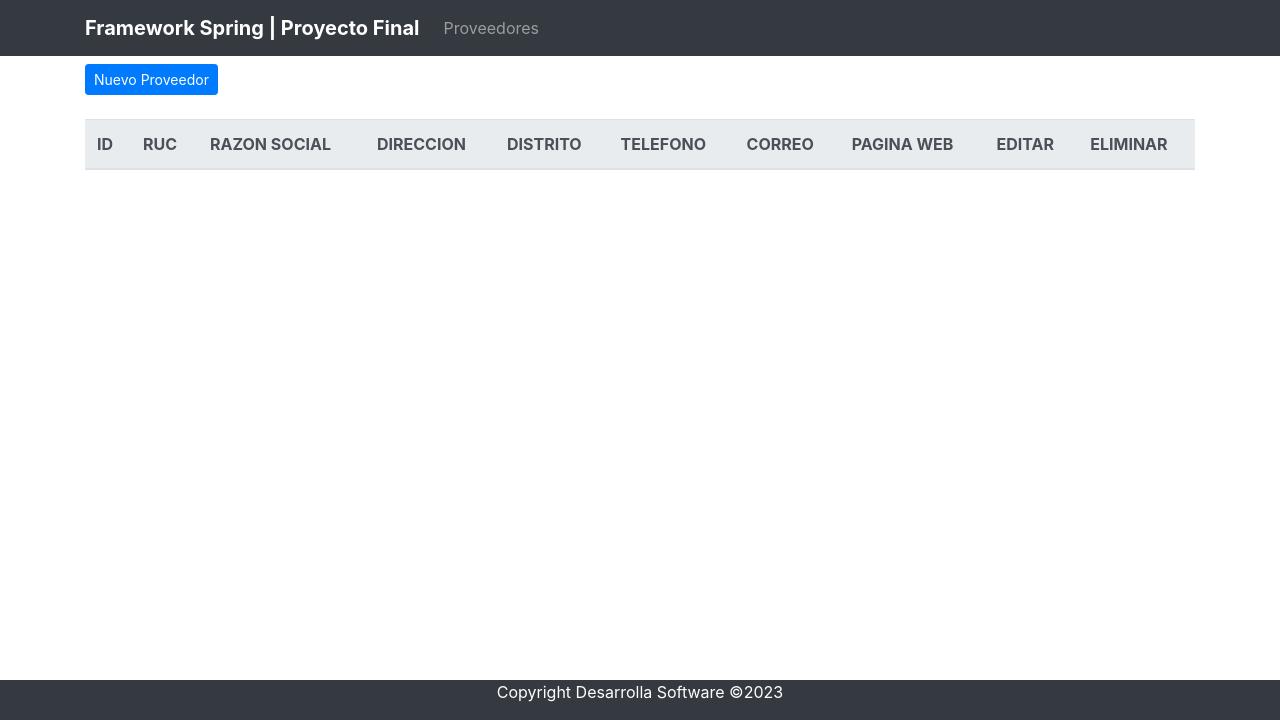
Repository: jeanyantas/proyecto-final-spring
Page: http://localhost/listado
These files come from the project's save history. The page is drawn as it stood at one moment and after the next save; the edit follows.
The browser window is 1280 px wide. The pictures show the whole page.
The page is this project's Thymeleaf template; nobody is signed in. The template is opened directly, without the code that normally fills it, so the values that code supplies are empty.

Above is the page before, as saved 2023-01-15 19:12:04.

### moduloProveedor/src/main/resources/templates/listado.html
<!DOCTYPE html>
<html xmlns:th="http://www.thymeleaf.org">
	<head th:replace="plantilla/plantilla :: head"></head>
	<body>
		<header th:replace="plantilla/plantilla :: header"></header>
		<div class="container">
			<h1 th:text="${titulo}"></h1>
			<a class="btn btn-primary btn-sm" th:href="@{/crear}" th:text="'Nuevo Proveedor'"></a>
			<br>
			<br>
			<table class="table">
				<thead class="thead-light">
					<tr>
					<th scope="col">ID</th>
					<th scope="col">RUC</th>
					<th scope="col">RAZON SOCIAL</th>
					<th scope="col">DIRECCION</th>
					<th scope="col">DISTRITO</th>
					<th scope="col">TELEFONO</th>
					<th scope="col">CORREO</th>
					<th scope="col">PAGINA WEB</th>
					<th scope="col">EDITAR</th>
					<th scope="col">ELIMINAR</th>
					</tr>
				</thead>
				<tbody>
					<tr th:each="pr:${proveedores}">
						<th scope="row" th:text="${pr.id}"></th>
						<td th:text="${pr.ruc}"></td>
						<td th:text="${pr.razonsocial}"></td>
						<td th:text="${pr.direccion}"></td>
						<td th:text="${pr.distrito}"></td>
						<td th:text="${pr.telefono}"></td>
						<td th:text="${pr.correo}"></td>
						<td th:text="${pr.paginaweb}"></td>
						<td><a class="btn btn-success btn-sn" th:href="@{/editar/} + ${pr.id}" th:text="'Editar'" title="Editar proveedor."></a></td>
						<td><a class="btn btn-danger btn-sn" th:href="@{/eliminar/} + ${pr.id}" th:text="'Eliminar'" title="Eliminar proveedor." onclick="return confirm('¿Está seguro de eliminar el proveedor?');"></a></td>
					</tr>
				</tbody>
			</table>
		</div>
		<footer th:replace="plantilla/plantilla :: footer"></footer>
	</body>
</html>

### moduloProveedor/src/main/resources/templates/plantilla/plantilla.html
<!DOCTYPE html>
<html xmlns:th="http://www.thymeleaf.org">
	<head th:fragment="head">
		<meta charset="UTF-8">
		<!-- Bootstrap CSS -->
		<link rel="stylesheet" th:href="@{/css/bootstrap.min.css}">
		<title>Modulo Proveedores</title>
	</head>
	<body>
		<!-- Barra de navegación -->
		<header th:fragment="header">
			<nav class="navbar navbar-expand-lg navbar-dark bg-dark">
				<div class="container">
					<a class="navbar-brand" href="#"> <strong>Framework Spring | Proyecto Final</strong></a>
					<button class="navbar-toggler" type="button" data-toggle="collapse" data-target="#navbarSupportedContent" aria-controls="navbarSupportedContent" aria-expanded="false" aria-label="Toggle navigation">
						<span class="navbar-toggler-icon"></span>
					</button>

					<!-- ENLACES DEL MENU -->
					<div class="collapse navbar-collapse" id="navbarSupportedContent">
						<ul class="navbar-nav mr-auto">
							<li class="nav-item"><a class="nav-link" th:href="@{/listado}">Proveedores</a></li>
						</ul>
					</div>
				</div>
			</nav>
		</header>

		<!-- Contenido -->
		<div class="container"></div>

		<!-- Pie de pagina -->
		<footer th:fragment="footer" class="bg-dark text-center text-white fixed-bottom">
			<div class="container">
				<p>Copyright Desarrolla Software &copy;2023</p>
			</div>
		</footer>

		<script type="text/javascript" th:src="@{/js/jquery-3.5.1.slim.min.js}"></script>
		<script type="text/javascript" th:src="@{/js/popper.min.js}"></script>
		<script type="text/javascript" th:src="@{/js/bootstrap.min.js}"></script>
	</body>
</html>

Loaded but not shown: moduloProveedor/src/main/resources/static/css/bootstrap.min.css (library)

After the next save:
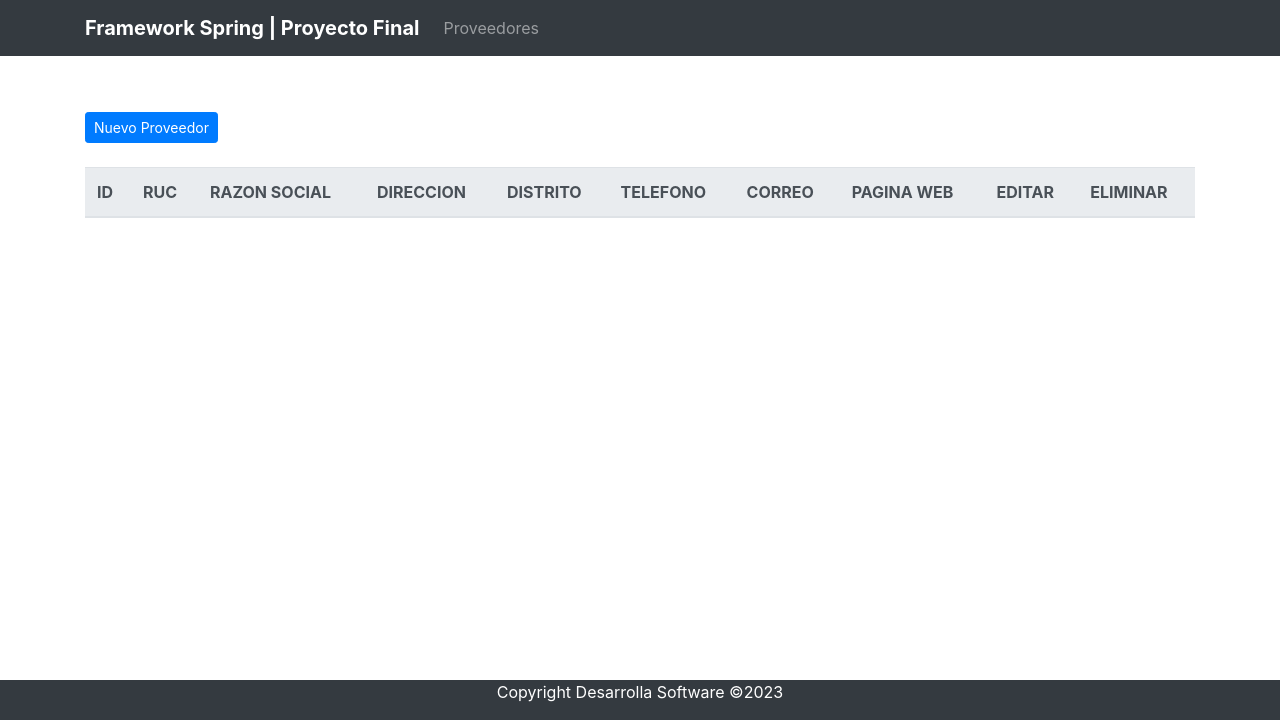
Saved 34 s later.
--- a/moduloProveedor/src/main/resources/templates/listado.html
+++ b/moduloProveedor/src/main/resources/templates/listado.html
@@ -5,6 +5,8 @@
 		<header th:replace="plantilla/plantilla :: header"></header>
 		<div class="container">
 			<h1 th:text="${titulo}"></h1>
+			<br>
+			<br>
 			<a class="btn btn-primary btn-sm" th:href="@{/crear}" th:text="'Nuevo Proveedor'"></a>
 			<br>
 			<br>
